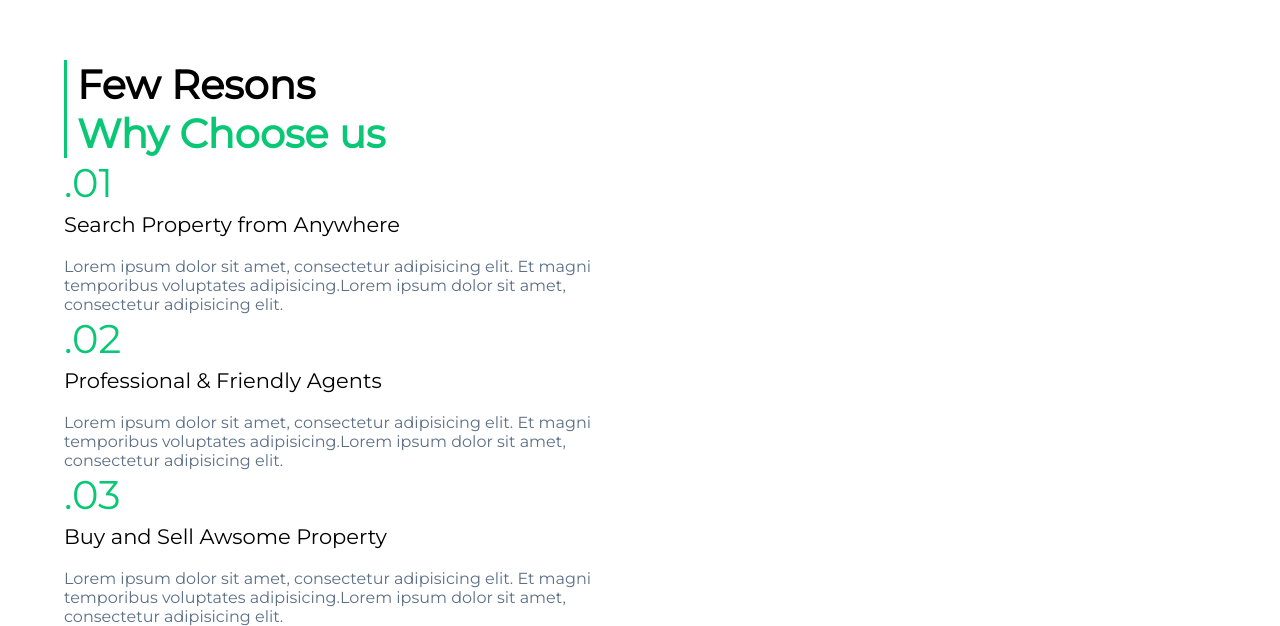
Repository: Yowani24/Real-Estate2
Page: index.html
These files come from the project's save history. The page is drawn as it stood at one moment and after the next save; the edit follows.
The browser window is 1280 px wide. The pictures show the part of the page from y = 2326 to 3042 px (the page is 2952 px tall before and 3042 px after).
A picture or video elsewhere on the page could not be fetched, so the positions and the page height are approximate. Some web fonts or font styles are not loaded; a fallback is used.

Above is the page before, as saved 2021-08-29 13:30:38.

After the next save:
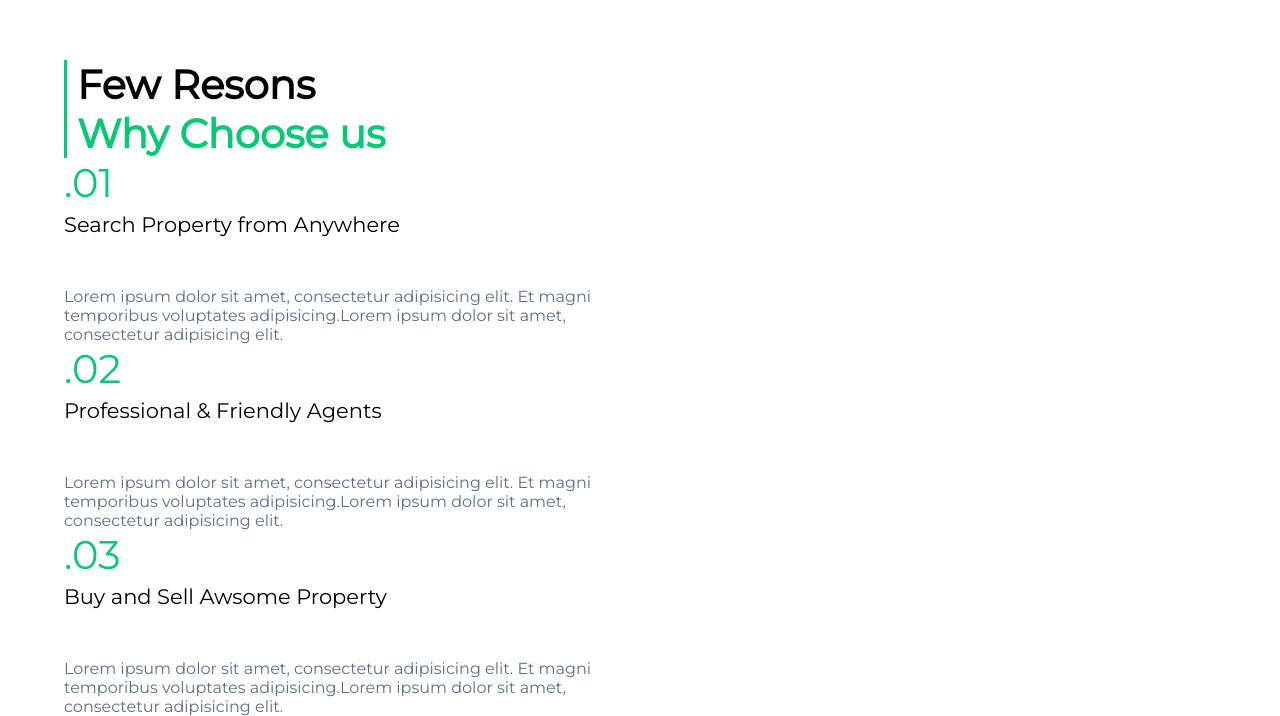
Saved 4 s later.
--- a/styles.css
+++ b/styles.css
@@ -283,5 +283,5 @@ Header .menu nav a{
     font-size: 16px;
     color: rgb(92, 111, 135);
     width: 50%;
-    margin-top: 20px;
-}
+    margin-top: 50px;
+}
